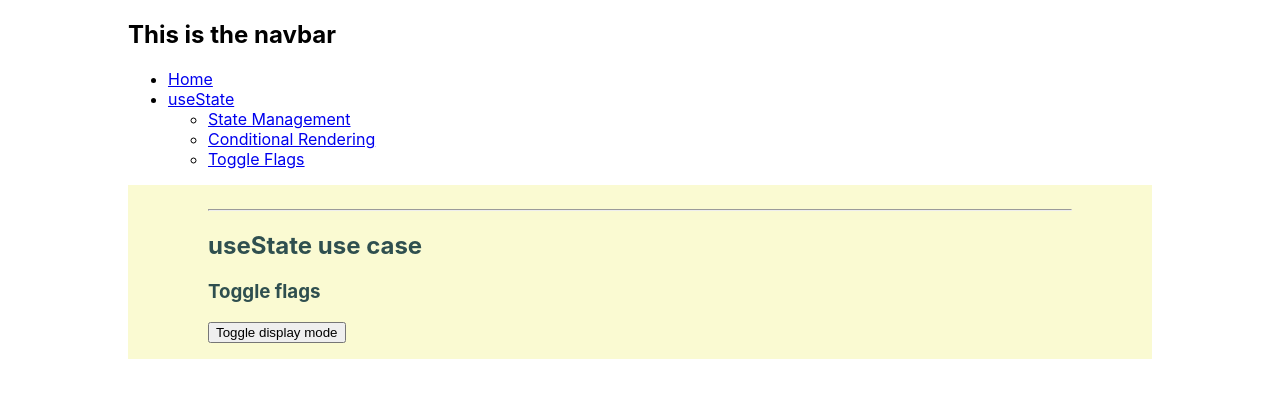
Repository: Colo-Codes/react-hooks-use-cases
Page: /usestate/toggle
The author's editor kept a copy of each file at every save. The page is drawn from the files as they stood at one save, then again after the next save.
The browser window is 1280 px wide. The pictures show the whole page.
The project was rebuilt for these pictures with package versions that can differ from the ones it lists, and the page was loaded fresh each time. Also part of the build but not shown: src/components/Home/Home.js, src/components/UseCaseUseState/UseCaseUseState.js, src/components/UseCaseUseState/UseCaseStateManagement.js, src/components/UseCaseUseState/UseCaseConditionalRender.js.

Above is the page before, as saved 2021-09-07 09:55:54.

After the next save:
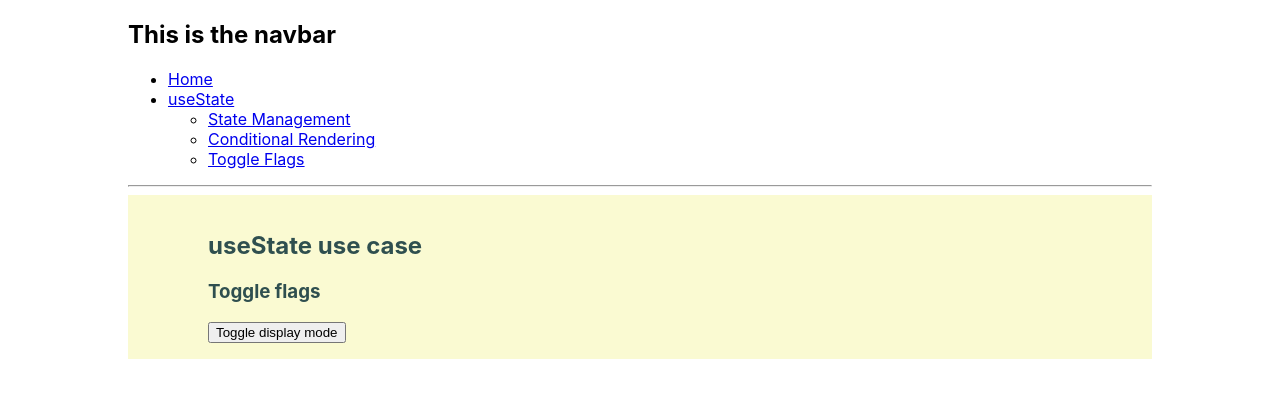
Saved 22 s later.
--- a/src/components/UseCaseUseState/UseCaseToggle.js
+++ b/src/components/UseCaseUseState/UseCaseToggle.js
@@ -12,12 +12,14 @@ const UseCaseToggle = props => {
     const toggledClass = mode ? classes.light : classes.dark;
 
     return (
-        <div className={toggledClass}>
+        <>
             <hr />
-            <h2>useState use case</h2>
-            <h3>Toggle flags</h3>
-            <button onClick={clickHandler}>Toggle display mode</button>
-        </div>
+            <div className={toggledClass}>
+                <h2>useState use case</h2>
+                <h3>Toggle flags</h3>
+                <button onClick={clickHandler}>Toggle display mode</button>
+            </div>
+        </>
     );
 };
 
